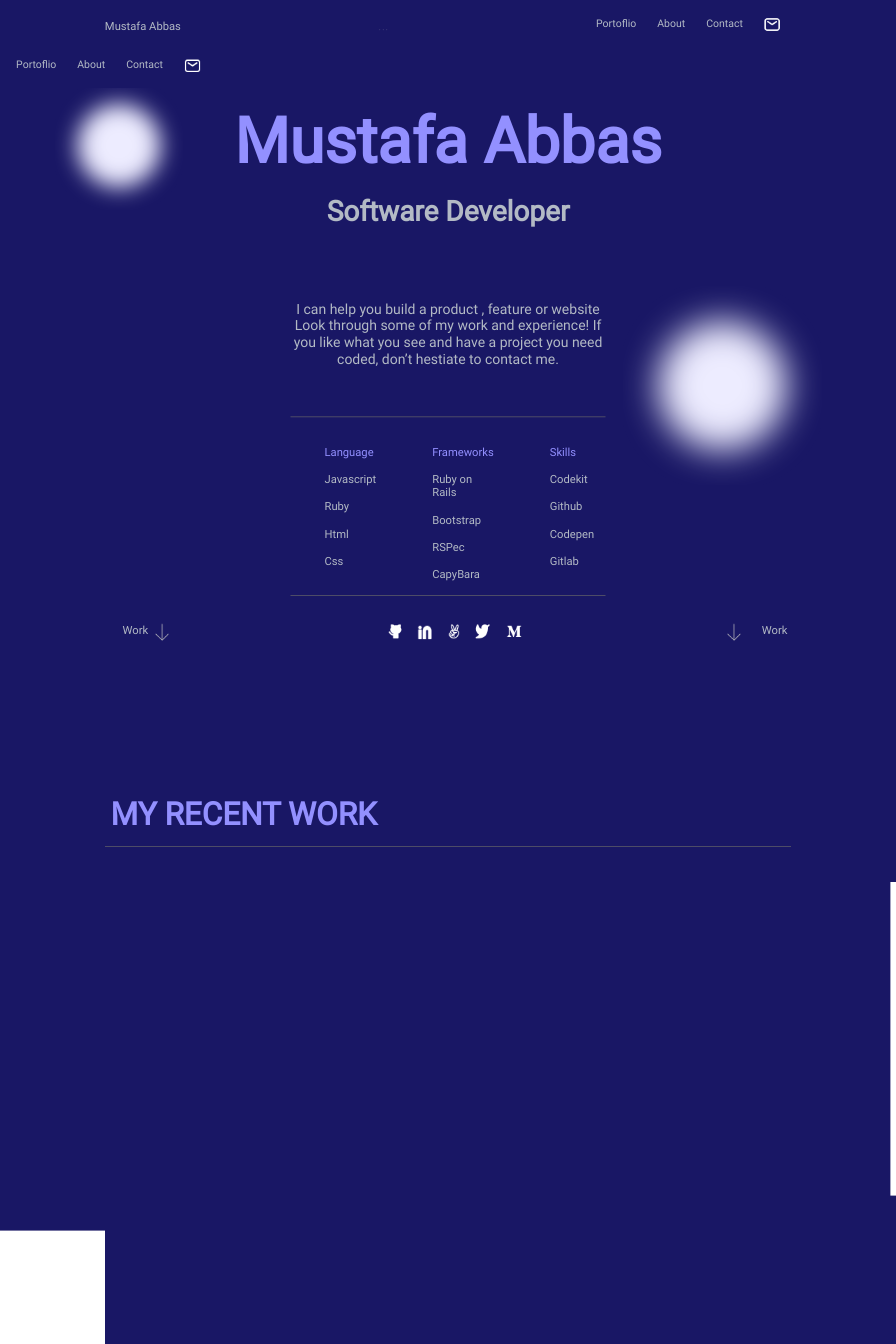
Repository: mustabbas/Portfolio
Page: index.html
These files come from the project's save history. The page is drawn as it stood at one moment and after the next save; the edit follows.
The browser window is 1280 px wide. The pictures show the part of the page from y = 0 to 1920 px (the page is 4787 px tall before and 4813 px after), at 70% of full size.

Above is the page before, as saved 2021-08-30 18:57:44.

### index.html
<!DOCTYPE html>
<html lang="en">
  <head>
    <meta charset="UTF-8" />
    <meta name="viewport" content="width=device-width, initial-scale=1.0" />
    <meta http-equiv="X-UA-Compatible" content="ie=edge" />
    <link rel="stylesheet" href="style.css" />
    <title>Mustafa's Portfolio</title>
    <!-- Global site tag (gtag.js) - Google Analytics -->
    <script async src="https://www.googletagmanager.com/gtag/js?id=G-TS9HX0J7DB"></script>
    <script>
      window.dataLayer = window.dataLayer || [];
      function gtag() {
        dataLayer.push(arguments);
      }
      gtag("js", new Date());

      gtag("config", "G-TS9HX0J7DB");
    </script>
  </head>
  <body>
    <section class="container">
      <header class="header">
        <a href="#">Mustafa Abbas</a>
        <nav id="humberger" class="humberger">
          <img src="./assets/img/humberger.png" alt="hamburger" />
          <img src="./assets/img/humberger.png" alt="hamburger" />
          <img src="./assets/img/humberger.png" alt="hamburger" />
        </nav>
        <ul class="main-nav">
          <li><a href="#">Portoflio</a></li>
          <li><a href="#">About</a></li>
          <li><a href="#">Contact</a></li>
          <li>
            <a href="#"><img class="email-pic" src="./assets/img/Icon-Mail.png" alt="email" /></a>
          </li>
        </ul>
      </header>
      <ul class="main-nav">
        <li><a href="#">Portoflio</a></li>
        <li><a href="#">About</a></li>
        <li><a href="#">Contact</a></li>
        <li>
          <a href="#"><img class="email-pic" src="./assets/img/Icon-Mail.png" alt="email" /></a>
        </li>
      </ul>
      <div class="head-wraper">
        <div class="title-wraper">
          <h1>Mustafa Abbas</h1>
          <h2>Software Developer</h2>
        </div>
      </div>
      <div class="wrap-content">
        <div class="box"><p>I can help you build a product , feature or website Look through some of my work and experience! If you like what you see and have a project you need coded, don’t hestiate to contact me.</p></div>
        <div class="line"></div>
        <div class="skills">
          <ul>
            <li>Language</li>
            <li>Javascript</li>
            <li>Ruby</li>
            <li>Html</li>
            <li>Css</li>
          </ul>
          <ul>
            <li>Frameworks</li>
            <li>Ruby on Rails</li>
            <li>Bootstrap</li>
            <li>RSPec</li>
            <li>CapyBara</li>
          </ul>
          <ul>
            <li>Skills</li>
            <li>Codekit</li>
            <li>Github</li>
            <li>Codepen</li>
            <li>Gitlab</li>
          </ul>
        </div>
        <div class="line"></div>
      </div>
    </section>
    <div class="footer-nav ml justify-space">
      <div class="work-container work-reverse">
        <div class="arrow-container arrow-reverse">
          <img src="./assets/img/Vector-line-arrow.png" alt="Vector-line-arrow" />
          <img src="./assets/img/Vector-arrow.png" alt="Vector-arrow" />
        </div>
        <span>Work</span>
      </div>
      <div class="vector-container">
        <ul>
          <li><img src="./assets/img/Vector-github.png" alt="Vector-github" /></li>
          <li>
            <div class="linked-container">
              <div>
                <img src="./assets/img/Vector-dot-linkedin.png" alt="Vector-dot-linkedin" />
                <img src="./assets/img/Vector-line-linkedin.png" alt="Vector-line-linkedin" />
              </div>
              <img id="vector2" src="./assets/img/Vector-n-linkedin.png" alt="Vector-n-linkedin" />
            </div>
          </li>
          <li><img src="./assets/img/Vector.png" alt="Vecto-angellist" /></li>
          <li><img src="./assets/img/Vector-twitter.png" alt="Vector-twitter" /></li>
          <li><img src="./assets/img/Vector-M.png" alt="Vector-medium" /></li>
        </ul>
      </div>
      <div class="work-container">
        <div class="arrow-container">
          <img src="./assets/img/Vector-line-arrow.png" alt="Vector-line-arrow" />
          <img src="./assets/img/Vector-arrow.png" alt="Vector-arrow" />
        </div>
        <span>Work</span>
      </div>
    </div>

    <section class="recent-work">
      <h3>My recent work</h3>
      <div class="line"></div>
      <div class="card card-left">
        <img src="./assets/img/Placeholder.png" alt="recent-work" />
        <div class="card-body">
          <h4>Multi-Post Stories</h4>
          <p>A daily selection of privately personalized reads; no accounts or sign-ups required. has been the industry's standard dummy text ever since the 1500s, when an unknown printer took a standard dummy text.</p>
          <ul>
            <li>css</li>
            <li class="vertical-line"></li>
            <li>html</li>
            <li class="vertical-line"></li>
            <li>bootstrap</li>
            <li class="vertical-line"></li>
            <li>Ruby</li>
          </ul>
          <button type="button" class="button">See Project</button>
        </div>
      </div>
      <div class="card card-reverse">
        <img src="./assets/img/Placeholder.png" alt="recent-work" />
        <div class="card-body">
          <h4>Multi-Post Stories</h4>
          <p>A daily selection of privately personalized reads; no accounts or sign-ups required. has been the industry's standard dummy text ever since the 1500s, when an unknown printer took a standard dummy text.</p>
          <ul>
            <li>css</li>
            <li class="vertical-line"></li>
            <li>html</li>
            <li class="vertical-line"></li>
            <li>bootstrap</li>
            <li class="vertical-line"></li>
            <li>Ruby</li>
          </ul>
          <button type="button" class="button">See Project</button>
        </div>
      </div>
      <div class="card card-left">
        <img src="./assets/img/Placeholder.png" alt="recent-work" />
        <div class="card-body">
          <h4>Multi-Post Stories</h4>
          <p>A daily selection of privately personalized reads; no accounts or sign-ups required. has been the industry's standard dummy text ever since the 1500s, when an unknown printer took a standard dummy text.</p>
          <ul>
            <li>css</li>
            <li class="vertical-line"></li>
            <li>html</li>
            <li class="vertical-line"></li>
            <li>bootstrap</li>
            <li class="vertical-line"></li>
            <li>Ruby</li>
          </ul>
          <button type="button" class="button">See Project</button>
        </div>
      </div>
      <div class="card card-reverse">
        <img src="./assets/img/Placeholder.png" alt="recent-work" />
        <div class="card-body">
          <h4>Multi-Post Stories</h4>
          <p>A daily selection of privately personalized reads; no accounts or sign-ups required. has been the industry's standard dummy text ever since the 1500s, when an unknown printer took a standard dummy text.</p>
          <ul>
            <li>css</li>
            <li class="vertical-line"></li>
            <li>html</li>
            <li class="vertical-line"></li>
            <li>bootstrap</li>
            <li class="vertical-line"></li>
            <li>Ruby</li>
          </ul>
          <button type="button" class="button">See Project</button>
        </div>
      </div>
      <div class="card card-reverse">
        <img src="./assets/img/Placeholder.png" alt="recent-work" />
        <div class="card-body">
          <h4>Multi-Post Stories</h4>
          <p>A daily selection of privately personalized reads; no accounts or sign-ups required. has been the industry's standard dummy text ever since the 1500s, when an unknown printer took a standard dummy text.</p>
          <ul>
            <li>css</li>
            <li class="vertical-line"></li>
            <li>html</li>
            <li class="vertical-line"></li>
            <li>bootstrap</li>
            <li class="vertical-line"></li>
            <li>Ruby</li>
          </ul>
          <button type="button" class="button">See Project</button>
        </div>
      </div>
    </section>

    <div class="card-container">
      <div class="card">
        <div class="card-body center-text margin">
          <h3 class="h3-sm">CONTACT US</h3>
          <h3 class="h3-l">Let’s chat!</h3>
          <p id="contact-p">If you have an application you are interested in developing, a feature that you need built or a project that needs coding. I’d love to help with it</p>
          <form method="POST" action="https://formspree.io/f/xdoypzrq" id="aboutmeForm">
            <input type="text" name="name" placeholder="Text Input" maxlength="30" required />
            <input type="email" name="email" placeholder="jeremy@gmail.com" required />
        <h3 class="h3-sm">CONTACT US</h3>
        <h3 class="h3-l">Let’s chat!</h3>
        <p id="contact-p">If you have an application you are interested in developing, a feature that you need built or a project that needs coding. I’d love to help with it </p>
        <form method="POST" action="https://formspree.io/f/xdoypzrq" id="aboutmeForm">
            <input type="text" name="name" placeholder="Text Input" maxlength="30" required/>
            <input type="email" name="email" placeholder="jeremy@gmail.com" required/>
            <textarea name="description" rows="15" cols="48" placeholder="Enter text here" maxlength="500" required></textarea>
            <button type="submit" form="aboutmeForm" class="button btn">See Project</button>
          </form>
        </div>
        <footer class="footer-nav justify-center">
          <div class="vector-container">
            <ul>
              <li><img src="./assets/img/Vector-github.png" alt="Vector-github" /></li>
              <li>
                <div class="linked-container">
                  <div>
                    <img src="./assets/img/Vector-dot-linkedin.png" alt="Vector-dot-linkedin" />
                    <img src="./assets/img/Vector-line-linkedin.png" alt="Vector-line-linkedin" />
                  </div>
                  <img src="./assets/img/Vector-n-linkedin.png" alt="Vector-n-linkedin" />
                </div>
              </li>
              <li><img src="./assets/img/Vector.png" alt="Vector-angellist" /></li>
              <li><img src="./assets/img/Vector-twitter.png" alt="Vector-twitter" /></li>
              <li><img src="./assets/img/Vector-M.png" alt="Vector-medium" /></li>
            </ul>
          </div>
          <span>emailhere@email.com</span>
        </footer>
      </div>
    </div>
    <script type='text/javascript' src='./assets/script.js'></script>
  </body>
</html>

### style.css
@font-face {
  font-family: 'roboto';
  src: url(assets/font/Roboto/Roboto-Regular.ttf);
}

body {
  background-color: #191765;
  font-family: 'roboto', sans-serif;
}

ul {
  margin: 0;
  padding: 0;
  list-style: none;
}

h1 {
  color: #9390ff;
}

p,
h2,
td,
li,
a,
span {
  color: #b3bac5;
}

.container {
  display: flex;
  flex-direction: column;
  justify-content: center;
}

.header {
  display: flex;
  justify-content: space-around;
  align-items: center;
}

.header a {
  text-decoration: none;
}

.header h2 {
  font-size: 18px;
  line-height: 20px;
}

.main-nav {
  display: flex;
}

.main-nav a {
  display: block;
  padding: 1em;
  text-decoration: none;
  font-size: 15px;
  line-height: 20px;
}

.head-wraper {
  display: flex;
  justify-content: center;
  align-items: center;
  background-image: url("./assets/img/circle1header.svg");
  background-repeat: no-repeat;
}

.title-wraper {
  flex-direction: column;
  justify-content: center;
}

.box {
  min-width: 450px;
  margin: 50px;
}

.box p {
  font-size: 20px;
  font-weight: 300;
  text-align: center;
  color: #b3bac5;
  max-width: 450px;
}

.wrap-content {
  background-image: url("./assets/img/circle1header.svg");
  background-repeat: no-repeat;
}

.skills {
  display: flex;
  justify-content: space-between;
}

.skills ul {
  width: 40%;
  margin-top: 20px;
  margin-left: 40px;
}

.skills li {
  margin: 20px;
}

.skills ul li:first-child {
  color: #9390ff;
}

.email-pic {
  color: #b3bac5;
}

.footer-nav {
  display: flex;
  align-items: center;
  margin-top: 40px;
}

.work-container {
  display: flex;
  justify-content: space-around;
}

.work-reverse {
  flex-direction: row-reverse;
}

.arrow-reverse {
  margin-left: 10px;
}

.vector-container {
  width: 200px;
}

.vector-container ul {
  display: flex;
  justify-content: space-between;
  align-items: center;
}

.vector-container img {
  margin-left: 10px;
}

.arrow-container {
  display: flex;
  flex-direction: column;
  align-items: flex-start;
  margin-right: 10px;
}

.arrow-container img:first-child {
  margin-left: 9px;
}

.arrow-container img:last-child {
  margin-top: -8px;
}

.linked-container {
  display: flex;
}

.linked-container div {
  display: flex;
  flex-direction: column;
}

#vector2 {
  margin-left: auto;
}

.recent-work h3 {
  font-size: 45px;
  color: #9390ff;
  margin: 20px;
  text-transform: uppercase;
  margin-left: 150px;
}

.recent-work {
  margin-top: 200px;
  display: grid;
  grid-template-columns: auto;
  grid-template-rows: auto;
  justify-content: center;
}

.card {
  display: flex;
  margin-left: 142px;
  margin-top: 50px;
}

.card-container {
  display: grid;
  grid-template-columns: auto;
  grid-template-rows: auto;
  justify-content: center;
}

.card-container .card-body {
  width: auto;
}

.card-container .card {
  flex-direction: column;
}

.card-body h4 {
  font-size: 40px;
  color: #fff;
}

.card-body p {
  font-size: 20px;
  line-height: 28px;
  text-align: left;
  animation-name: card-p;
  animation-duration: 3s;
  animation-timing-function: linear;
  animation-direction: alternate;
}

@keyframes card-p {
  from {
    font-size: 10px;
    line-height: 10px;
  }

  to {
    font-size: 20px;
    line-height: 28px;
  }
}

.card-body ul {
  display: flex;
  justify-content: space-around;
  font-size: 15px;
  text-align: left;
}

.center-text {
  text-align: center;
}

#contact-p {
  font-size: 16px;
  line-height: 24px;
  text-align: center;
}

.vertical-line {
  height: 50px;
  border-right: 3px solid #646369;
}

.button {
  background-color: #7d73fc;
  width: 100px;
  height: 60px;
  color: #fff;
  font-size: 15px;
  margin-top: 20px;
}

.button:hover {
  box-shadow: 0 8px 16px rgba(125, 115, 252, 0.48);
}

.button:enabled {
  background-color: #7d73fc;
}

.button:focus {
  background-color: #5e42d7;
}

.button:disabled {
  background-color: #2a2b33;
}

input {
  width: 100%;
  height: 60px;
  padding: 12px 20px;
  margin: 8px 0;
  display: inline-block;
  border: 1px solid #ccc;
  border-radius: 4px;
  box-sizing: border-box;
  margin-bottom: 30px;
}

textarea {
  width: 100%;
}

textarea::placeholder {
  font-size: 20px;
  padding: 20px;
}

.btn {
  margin-top: 30px;
}

/* Desktop view */
@media (min-width: 768px) {
  .card {
    height: 448px;
  }

  .card-left {
    animation-name: leftcard;
    animation-duration: 3s;
    animation-timing-function: linear;
    animation-direction: alternate;
  }

  @keyframes leftcard {
    0% { margin-left: 100%; }
    25% { margin-left: 75%; }
    50% { margin-left: 50%; }
    75% { margin-left: 25%; }
    100% { margin-left: 142px; }
  }

  .card-body {
    margin-left: 24px;
    width: 40%;
  }

  .line {
    min-width: 450px;
    border-bottom: 1px solid #646369;
    margin-left: 142px;
    margin-right: 142px;
  }

  .card-reverse {
    flex-direction: row-reverse;
    animation-name: reversecard;
    animation-duration: 3s;
    animation-timing-function: linear;
    animation-direction: alternate;
    margin-right: 142px;
  }

  @keyframes reversecard {
    from {
      margin-right: 100%;
    }

    to {
      margin-right: 142px;
    }
  }

  .card-reverse img {
    margin-left: 20px;
  }

  .head-wraper {
    background-position: 70px -10px;
    background-size: 184px 184px;
  }

  .title-wraper h1 {
    font-size: 90px;
    line-height: 105px;
    font-weight: bold;
    margin: 24px 0;
    text-align: center;
  }

  .title-wraper h2 {
    font-size: 40px;
    line-height: 47px;
    margin-top: 0;
    text-align: center;
  }

  .wrap-content {
    display: flex;
    flex-direction: column;
    justify-content: center;
    align-items: center;
    background-position: 90% 50px;
  }

  .justify-space {
    justify-content: space-around;
  }

  .justify-center {
    justify-content: center;
  }

  .footer-nav span {
    margin-left: 20px;
  }

  .h3-l {
    font-size: 40px;
    line-height: 24px;
    color: #9390ff;
    margin: 20px;
  }

  .h3-sm {
    display: none;
  }

  .margin {
    margin-left: 200px;
    margin-right: 300px;
  }
}

/* mobile view */
@media (max-width: 768px) {
  .container {
    align-items: center;
    width: 500px;
  }

  .header {
    width: 500px;
    justify-content: space-between;
  }

  .main-nav {
    /* display: none; */
    flex-direction: column;
  }



  .head-wraper {
    width: 500px;
    background-position: -160px -50px;
  }

  .head-wraper img {
    margin-left: -200px;
  }

  .right {
    margin-right: -100px;
  }

  .container img {
    margin-right: -500px;
  }

  .box {
    width: 33.333%;
  }

  .skills {
    flex-wrap: wrap;
    width: 500px;
    background-position: 400px 10px;
  }

  .humberger {
    display: flex;
    flex-direction: column;
    justify-content: space-between;
  }

  .humberger img {
    width: 33.33px;
    height: 3px;
    margin: 5px;
    background-color: #b3bac5;
  }

  .footer-nav {
    width: auto;
    flex-direction: column;
  }

  .footer-nav span {
    margin-top: 10px;
  }

  .ml {
    margin-left: 100px;
  }

  .upper {
    display: none !important;
  }

  .work-container {
    display: flex;
    margin-top: 30px;
  }

  .card {
    flex-direction: column;
    width: 400px;
  }

  .line {
    min-width: 450px;
    width: 33.333%;
    border-bottom: 1px solid #646369;
  }

  .wrap-content {
    background-position: 450px 150px;
  }

  .work-reverse {
    display: none;
  }

  .h3-sm {
    font-size: 32px;
    line-height: 44px;
    color: #9390ff;
    margin: 20px;
    text-transform: uppercase;
  }

  .h3-l {
    display: none;
  }
}

### assets/script.js

let humberger = document.getElementById('humberger');
humberger.addEventListener("click", function() {
    console.log('here www');
  });

After the next save:
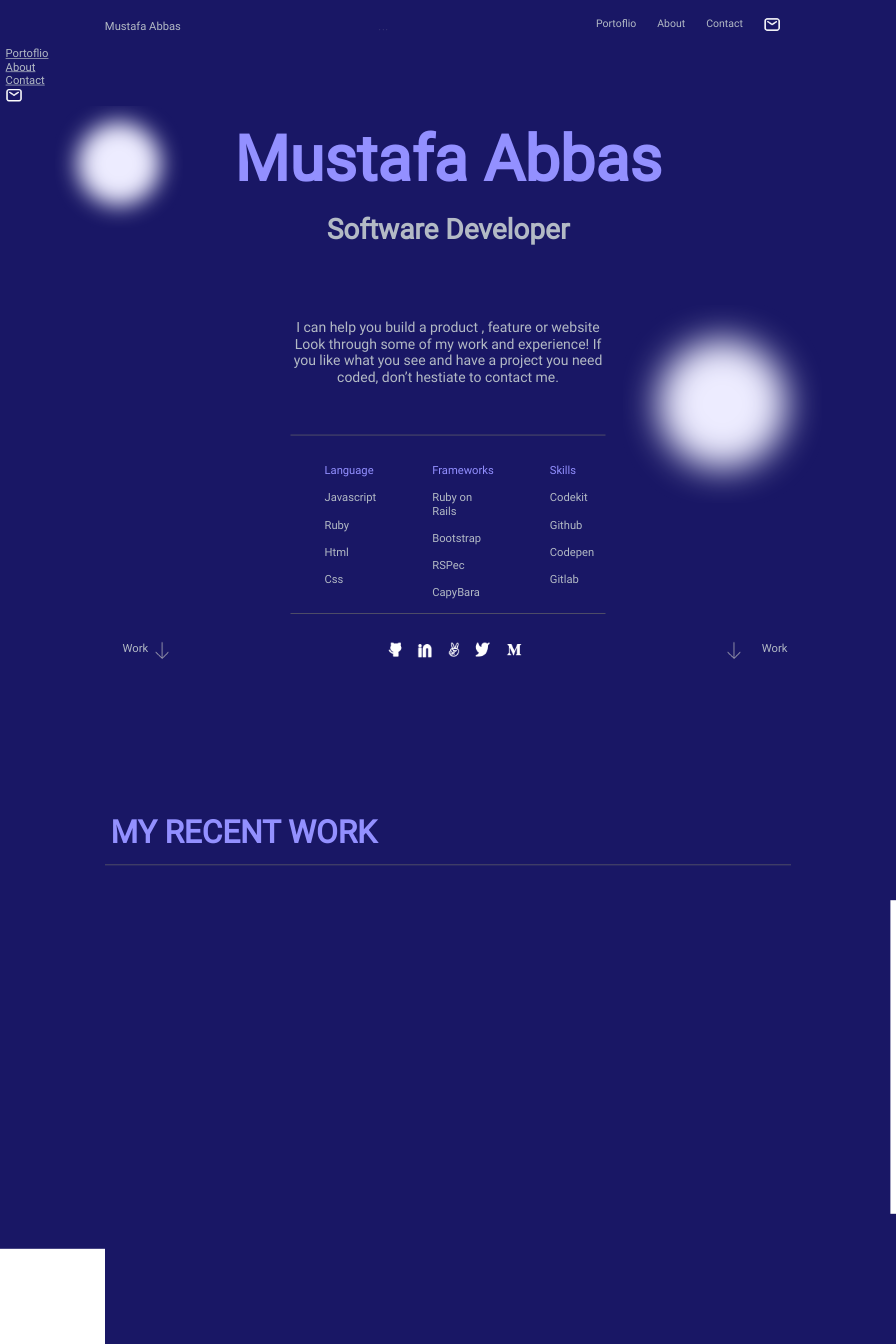
Saved 15 s later.
--- a/index.html
+++ b/index.html
@@ -36,7 +36,7 @@
           </li>
         </ul>
       </header>
-      <ul class="main-nav">
+      <ul class="mobile-nav">
         <li><a href="#">Portoflio</a></li>
         <li><a href="#">About</a></li>
         <li><a href="#">Contact</a></li>
